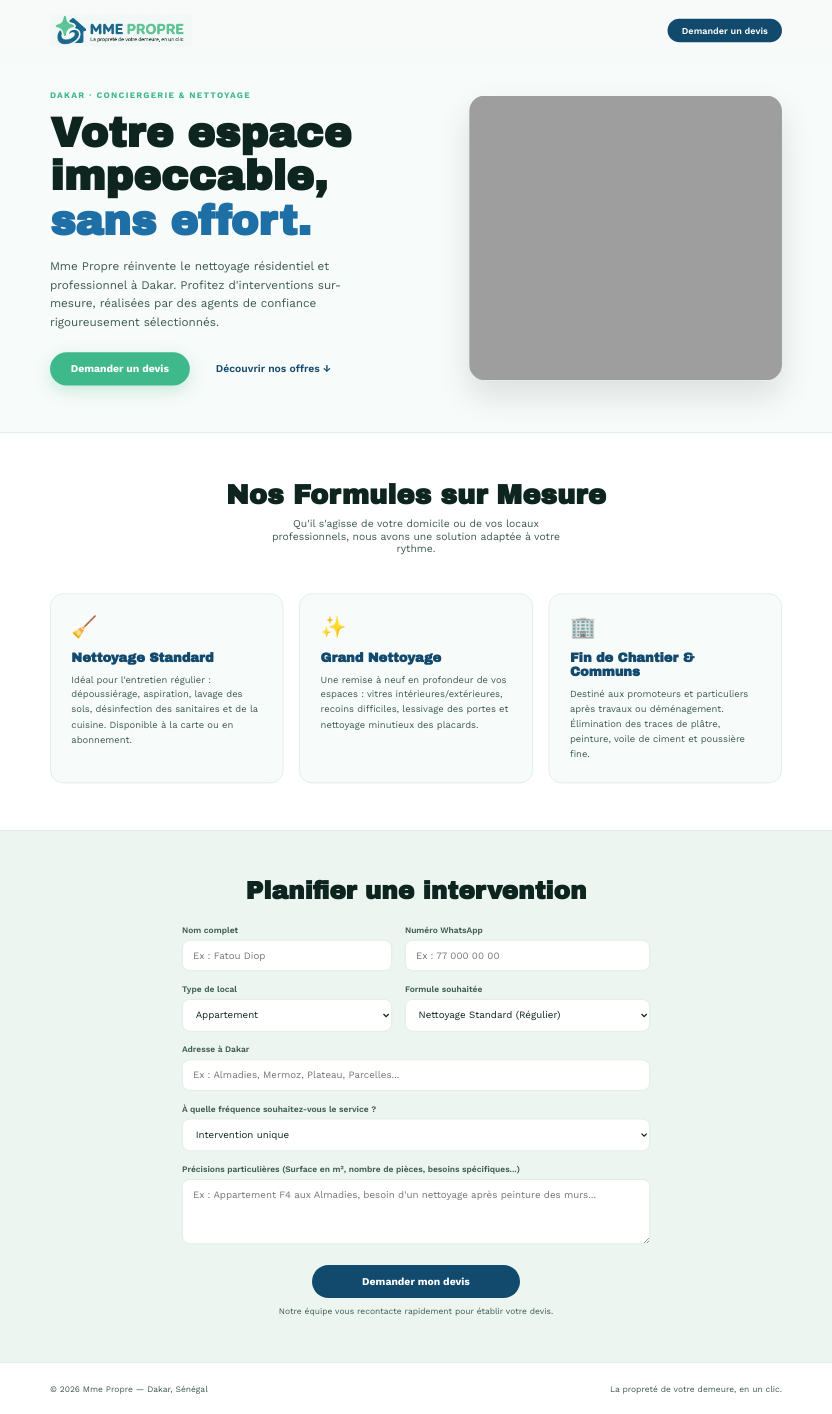
Repository: AntaaaKD/Mme-Propre
Page: Particulier.html
An editor plug-in stored every save of this project. The page is shown before and after the next save, followed by the edit.
The browser window is 1280 px wide. The pictures show the whole page, at 65% of full size.
Pictures or frames that could not be fetched are drawn as grey boxes.

Above is the page before, as saved 2026-07-20 18:19:18.

After the next save:
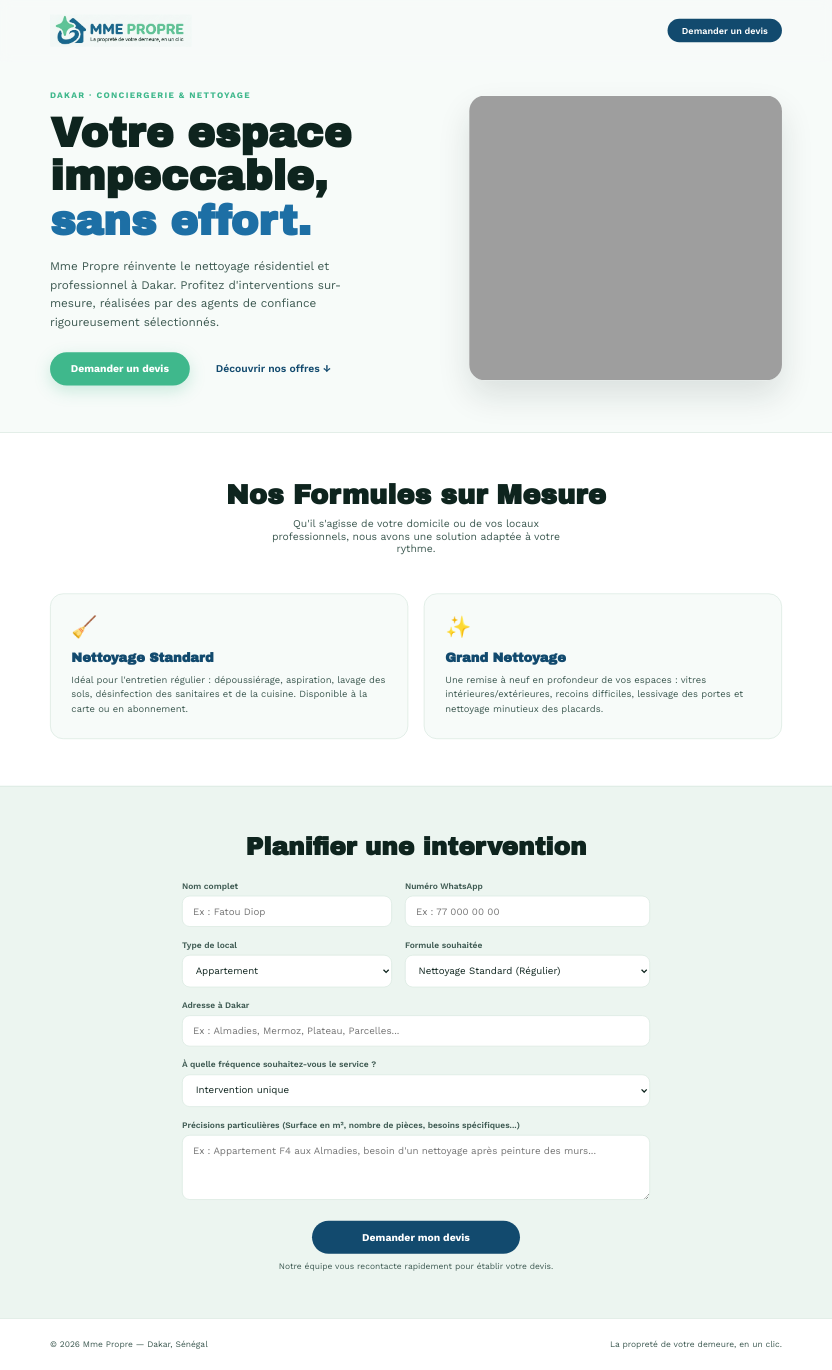
Saved 25 s later.
--- a/Particulier.html
+++ b/Particulier.html
@@ -185,11 +185,7 @@
       <p>Une remise à neuf en profondeur de vos espaces : vitres intérieures/extérieures, recoins difficiles, lessivage des portes et nettoyage minutieux des placards.</p>
     </div>
 
-    <div class="service-card">
-      <div class="service-icon">🏢</div>
-      <h3>Fin de Chantier & Communs</h3>
-      <p>Destiné aux promoteurs et particuliers après travaux ou déménagement. Élimination des traces de plâtre, peinture, voile de ciment et poussière fine.</p>
-    </div>
+
   </div>
 </section>
 

After the 3 saves that followed:
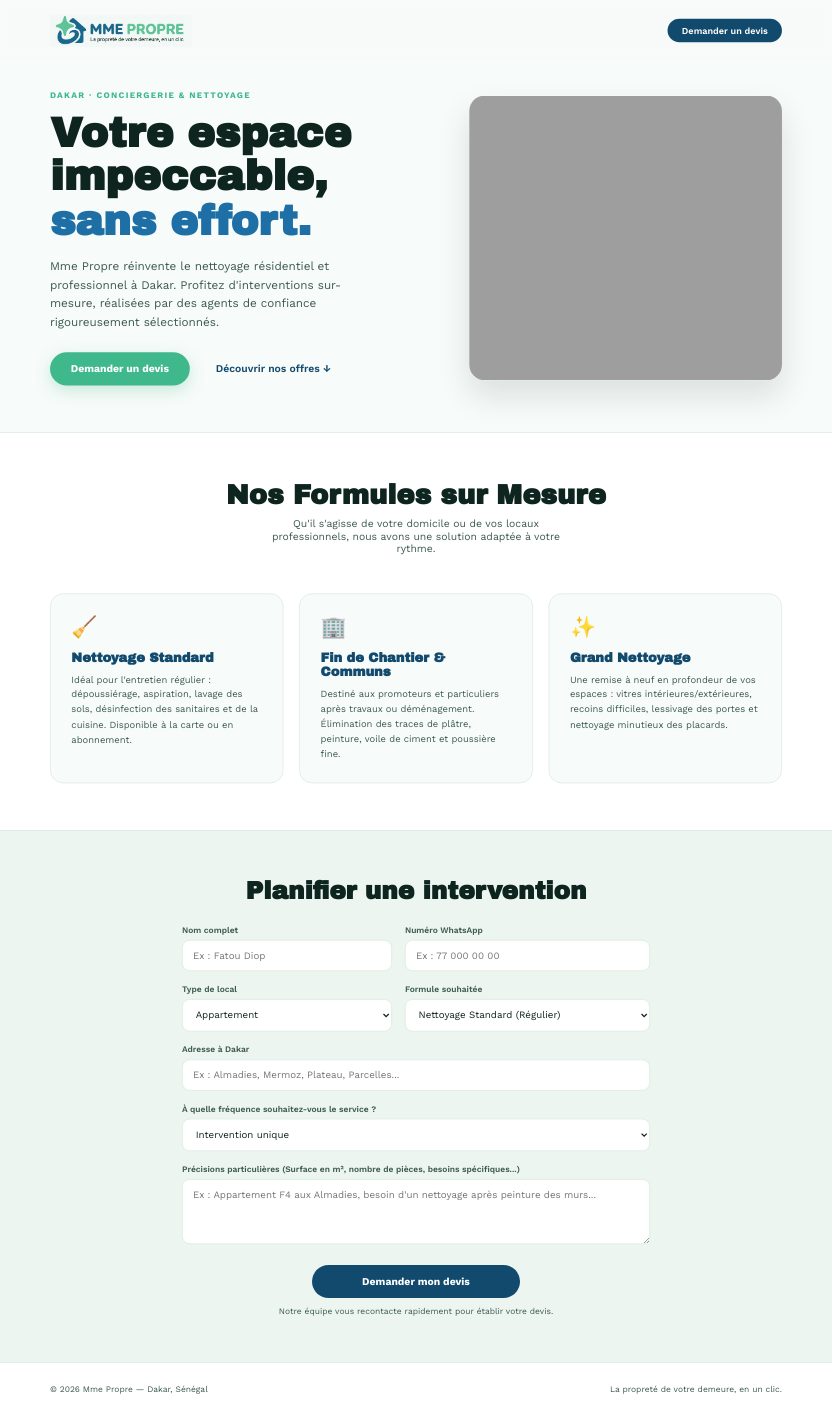
The 3 saves are shown as one change because they came seconds apart.
The last was saved 9 s later.
--- a/Particulier.html
+++ b/Particulier.html
@@ -180,6 +180,12 @@
     </div>
 
     <div class="service-card">
+      <div class="service-icon">🏢</div>
+      <h3>Fin de Chantier & Communs</h3>
+      <p>Destiné aux promoteurs et particuliers après travaux ou déménagement. Élimination des traces de plâtre, peinture, voile de ciment et poussière fine.</p>
+    </div>
+
+    <div class="service-card">
       <div class="service-icon">✨</div>
       <h3>Grand Nettoyage</h3>
       <p>Une remise à neuf en profondeur de vos espaces : vitres intérieures/extérieures, recoins difficiles, lessivage des portes et nettoyage minutieux des placards.</p>
